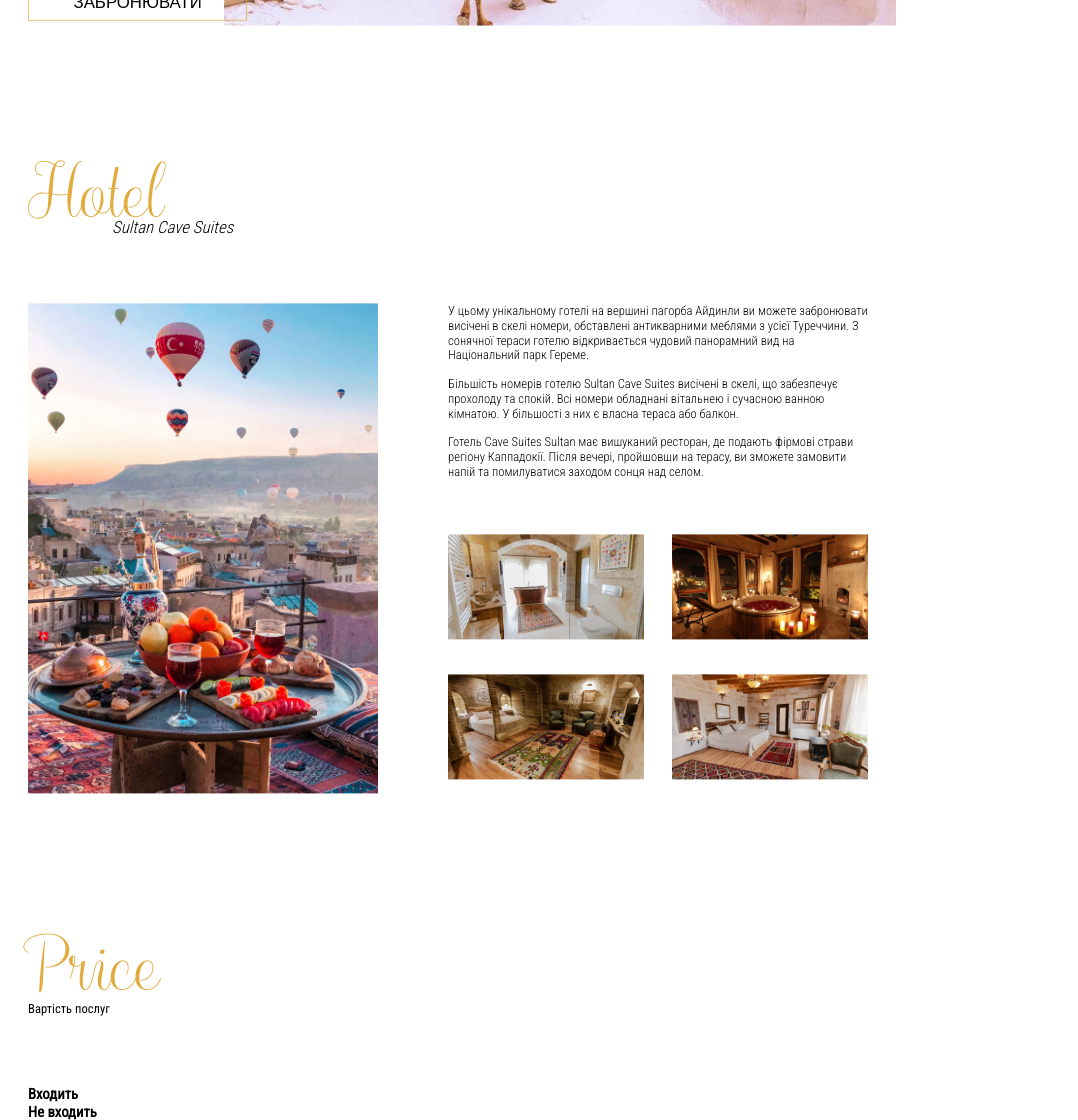
Repository: KYUUBI-K/cappadocia
Page: index.html
The author's editor kept a copy of each file at every save. The page is drawn from the files as they stood at one save, then again after the next save.
The browser window is 1280 px wide. The page is 1540 px wide, so the pictures cover 1540 px, including what lies to the right of the window. The pictures show the part of the page from y = 3099 to 4699 px (the page is 4699 px tall before and 4678 px after), at 70% of full size.

Above is the page before, as saved 2025-08-21 19:11:42.

### index.html
<!DOCTYPE html>
<html lang="en">
  <head>
    <meta charset="UTF-8" />
    <meta name="viewport" content="width=device-width, initial-scale=1.0" />
    <title>Cappadocia</title>
    <link rel="stylesheet" href="./styles.css" />
  </head>
  <body>
    <header class="header">
      <div class="wrapper">
        <nav class="header-menu">
          <ul class="header-menu-list">
            <li class="header-menu-item">
              <a class="header-menu-link" href="#route">Маршрут</a>
            </li>
            <li class="header-menu-item">
              <a class="header-menu-link" href="#hotel">Готель</a>
            </li>
            <li class="header-menu-item">
              <a class="header-menu-link" href="#price">Вартість</a>
            </li>
          </ul>
          <div class="telephone">
            <svg
              class="phone-icon"
              width="30"
              height="30"
              viewBox="0 0 30 30"
              fill="none"
              xmlns="http://www.w3.org/2000/svg"
            >
              <g clip-path="url(#clip0_31_0)">
                <path
                  d="M23.7091 18.5839C23.0949 17.9444 22.3541 17.6025 21.569 17.6025C20.7902 17.6025 20.0431 17.9381 19.4036 18.5776L17.4027 20.5721C17.2381 20.4835 17.0735 20.4011 16.9152 20.3188C16.6873 20.2049 16.472 20.0972 16.2884 19.9832C14.4142 18.7929 12.7109 17.2416 11.0774 15.2345C10.2859 14.2341 9.75404 13.3919 9.36781 12.5372C9.88701 12.0623 10.3682 11.5684 10.8368 11.0935C11.0141 10.9162 11.1913 10.7326 11.3686 10.5553C12.6983 9.22568 12.6983 7.50346 11.3686 6.1738L9.64007 4.44525C9.44379 4.24896 9.24117 4.04635 9.05122 3.84373C8.67132 3.45117 8.27242 3.04594 7.86086 2.66604C7.24669 2.05819 6.51221 1.73528 5.73974 1.73528C4.96727 1.73528 4.22013 2.05819 3.58696 2.66604C3.58063 2.67237 3.58063 2.67237 3.5743 2.6787L1.42152 4.85047C0.61106 5.66093 0.148846 6.64868 0.0475384 7.79472C-0.104423 9.64358 0.440104 11.3658 0.857997 12.4928C1.88373 15.2598 3.41601 17.8241 5.70175 20.5721C8.47504 23.8836 11.8118 26.4986 15.6235 28.3411C17.0798 29.0313 19.0237 29.848 21.1954 29.9873C21.3284 29.9937 21.4677 30 21.5943 30C23.057 30 24.2853 29.4745 25.2477 28.4297C25.2541 28.4171 25.2667 28.4107 25.2731 28.3981C25.6023 27.9992 25.9822 27.6383 26.3811 27.252C26.6534 26.9924 26.932 26.7202 27.2042 26.4353C27.8311 25.7831 28.1603 25.0233 28.1603 24.2445C28.1603 23.4594 27.8247 22.7059 27.1852 22.0727L23.7091 18.5839ZM25.9759 25.2512C25.9695 25.2512 25.9695 25.2576 25.9759 25.2512C25.7289 25.5172 25.4757 25.7578 25.2034 26.0237C24.7918 26.4163 24.374 26.8278 23.9814 27.29C23.3419 27.9739 22.5884 28.2968 21.6007 28.2968C21.5057 28.2968 21.4044 28.2968 21.3094 28.2904C19.4289 28.1701 17.6813 27.4357 16.3707 26.8088C12.7869 25.0739 9.64007 22.6109 7.02508 19.4894C4.86597 16.887 3.42234 14.481 2.46625 11.8977C1.8774 10.3211 1.66212 9.09272 1.7571 7.93401C1.82042 7.19321 2.10534 6.57903 2.63087 6.0535L4.78999 3.89439C5.10024 3.60313 5.42949 3.44484 5.75241 3.44484C6.1513 3.44484 6.47422 3.68544 6.67683 3.88806C6.68317 3.89439 6.6895 3.90072 6.69583 3.90705C7.08206 4.26796 7.4493 4.64153 7.83554 5.04043C8.03182 5.24304 8.23443 5.44565 8.43705 5.6546L10.1656 7.38316C10.8368 8.05432 10.8368 8.67482 10.1656 9.34599C9.98198 9.5296 9.8047 9.71322 9.62108 9.89051C9.08921 10.435 8.58268 10.9416 8.03182 11.4354C8.01916 11.4481 8.00649 11.4544 8.00016 11.4671C7.45563 12.0116 7.55694 12.5435 7.67091 12.9044C7.67724 12.9234 7.68358 12.9424 7.68991 12.9614C8.13946 14.0504 8.77263 15.0762 9.73505 16.2982L9.74138 16.3045C11.4889 18.4573 13.3315 20.1352 15.3639 21.4205C15.6235 21.5852 15.8895 21.7181 16.1427 21.8448C16.3707 21.9587 16.586 22.0664 16.7696 22.1804C16.7949 22.193 16.8202 22.212 16.8456 22.2247C17.0608 22.3323 17.2634 22.383 17.4724 22.383C17.9979 22.383 18.3272 22.0537 18.4348 21.9461L20.6003 19.7806C20.8155 19.5654 21.1574 19.3058 21.5563 19.3058C21.9489 19.3058 22.2718 19.5527 22.4681 19.768C22.4744 19.7743 22.4744 19.7743 22.4808 19.7806L25.9695 23.2694C26.6217 23.9152 26.6217 24.5801 25.9759 25.2512Z"
                  fill="black"
                />
                <path
                  d="M16.2124 7.13621C17.8713 7.41481 19.3782 8.19994 20.5813 9.40296C21.7843 10.606 22.5631 12.1129 22.848 13.7718C22.9176 14.1897 23.2786 14.481 23.6901 14.481C23.7408 14.481 23.7851 14.4747 23.8357 14.4683C24.3043 14.3923 24.6145 13.9491 24.5386 13.4806C24.1966 11.4734 23.2469 9.64357 21.7969 8.19361C20.347 6.74365 18.5171 5.79389 16.51 5.45198C16.0414 5.376 15.6045 5.68625 15.5222 6.14847C15.4399 6.61068 15.7438 7.06023 16.2124 7.13621Z"
                  fill="black"
                />
                <path
                  d="M29.9654 13.2337C29.4019 9.92851 27.8443 6.92095 25.4509 4.52757C23.0575 2.13418 20.05 0.576584 16.7448 0.0130621C16.2826 -0.0692501 15.8457 0.247335 15.7634 0.70955C15.6874 1.1781 15.9977 1.61498 16.4662 1.6973C19.4168 2.1975 22.1078 3.59681 24.2479 5.73059C26.388 7.87071 27.781 10.5617 28.2812 13.5123C28.3508 13.9302 28.7117 14.2214 29.1233 14.2214C29.1739 14.2214 29.2183 14.2151 29.2689 14.2087C29.7311 14.1391 30.0477 13.6959 29.9654 13.2337Z"
                  fill="black"
                />
              </g>
              <defs>
                <clipPath id="clip0_31_0">
                  <rect width="30" height="30" fill="white" />
                </clipPath>
              </defs>
            </svg>
            <div class="number-text">+38(066)555-777-6</div>
          </div>
        </nav>
        <div class="main-title">
          <h1 class="main-title-text">Cappadocia</h1>
          <p class="main-subtitle-text">Ексклюзивний тур</p>
        </div>
      </div>
    </header>

    <section class="about">
      <div class="wrapper">
        <div class="about-title">
          <h2 class="section-title-text">Fairy tail</h2>
          <p class="about-subtitle-text">Казкова країна чудес</p>
        </div>
        <img
          src="./images/Rectangle-about.jpg"
          alt="Hot air balloon"
          class="about-img"
        />
        <div class="about-content">
          <aside class="about-text">
            <!-- prettier-ignore -->
            <p>
            Каппадокія – казкова країна повітряних куль, сирних будиночків,
            різнокольорових долин та чарівних світанків!
            Сюди приїжджають, щоб побачити природні чудеса політати на
            повітряній кулі і, звичайно ж,зробити мільйон красивих фотографій!
          </p>
            <!-- prettier-ignore -->
            <p>
            На учасників туру чекає професійна фотосесія від найкращих
            фотографів Каппадокії!
            Адже саме за чарівними світанками на тлі повітряних куль сюди
            приїжджають люди з усього світу!
          </p>

            <h3>Також Ви побачите:</h3>
            <ul class="about-list">
              <li>Музей на відкритому повітрі у Геремі</li>
              <li>Ущелина Іхлара та монастир Селіме</li>
              <li>Підземні міста</li>
              <li>Фортеця Учхісар</li>
              <li>Зельве та Пашабаг</li>
            </ul>
            <p>та багато інших визначних пам'яток.</p>
            <!-- prettier-ignore -->
            <p>
            Місцева кухня - один із приводів відвідати Каппадокію, тут є ресторани
            на будь-який бюджет.
          </p>
          </aside>
        </div>
      </div>
    </section>

    <section class="route" id="route">
      <div class="wrapper">
        <div class="route-title">
          <h2 class="section-title-text">Our trip</h2>
          <p class="route-subtitle-text">Маршрут</p>
        </div>
        <img
          src="./images/Rectangle-route.png"
          alt="Route map"
          class="route-img"
        />
        <div class="route-content">
          <aside class="route-text">
            <div class="day">
              <h3>День 1</h3>
              <ul>
                <li>Виліт з Києва</li>
                <li>Трансфер до Каппадокії</li>
                <li>Поселення в готель</li>
                <li>Вечірня фотосесія</li>
              </ul>
            </div>

            <div class="day">
              <h3>День 2</h3>
              <ul>
                <li>Фотосесія</li>
                <li>Сніданок у готелі</li>
                <li>Денний тур Каппадокією</li>
                <li>Захід сонця з панорамним видом</li>
              </ul>
            </div>

            <div class="day">
              <h3>День 3</h3>
              <ul>
                <li>Політ на повітряній кулі</li>
                <li>Сніданок у готелі</li>
                <li>Екскурсії на вибір</li>
              </ul>
            </div>

            <div class="day">
              <h3>День 4</h3>
              <ul>
                <li>Вільний час, шопінг</li>
                <li>Трансфер до Анкари</li>
                <li>Виліт до Києва</li>
              </ul>
            </div>
            <button type="button" class="reservation">Забронювати</button>
          </aside>
        </div>
      </div>
    </section>
    <section class="hotel" id="hotel">
      <div class="wrapper">
        <div class="hotel-title">
          <h2 class="section-title-text">Hotel</h2>
          <p class="hotel-subtitle-text">Sultan Cave Suites</p>
        </div>

        <div class="hotel-content">
          <img
            src="./images/Rectangle-hotel.jpg"
            alt="Hot air balloon"
            class="hotel-img"
          />
          <aside class="hotel-side-right">
            <div class="hotel-text">
              <!-- prettier-ignore -->
              <p>
              У цьому унікальному готелі на вершині пагорба Айдинли ви можете забронювати
              висічені в скелі номери, обставлені антикварними меблями з усієї Туреччини. З
              сонячної тераси готелю відкривається чудовий панорамний вид на
              Національний парк Гереме.
            </p>
              <!-- prettier-ignore -->
              <p>
              Більшість номерів готелю Sultan Cave Suites висічені в скелі, що забезпечує
              прохолоду та спокій. Всі номери обладнані вітальнею і сучасною ванною
              кімнатою. У більшості з них є власна тераса або балкон.
            </p>
              <!-- prettier-ignore -->
              <p>
              Готель Cave Suites Sultan має вишуканий ресторан, де подають фірмові страви
              регіону Каппадокії. Після вечері, пройшовши на терасу, ви зможете замовити
              напій та помилуватися заходом сонця над селом.
            </p>
            </div>

            <div class="hotel-images-list">
              <img
                src="./images/Rectangle-hotel1.jpg"
                alt="Hotel room"
                class="hotel-image"
              />
              <img
                src="./images/Rectangle-hotel2.jpg"
                alt="Hotel room"
                class="hotel-image"
              />
              <img
                src="./images/Rectangle-hotel3.jpg"
                alt="Hotel room"
                class="hotel-image"
              />
              <img
                src="./images/Rectangle-hotel4.jpg"
                alt="Hotel room"
                class="hotel-image"
              />
            </div>
          </aside>
        </div>
      </div>
    </section>
    <section class="price" id="price">
      <div class="wrapper">
        <div class="price-title">
          <h2 class="section-title-text">Price</h2>
          <p class="price-subtitle-text">Вартість послуг</p>
        </div>
        <div class="price-content">
          <aside class="price-left">
            <h3>Входить</h3>
          </aside>
          <aside class="price-center">
            <h3>Не входить</h3>
          </aside>
          <aside class="price-right">



          </aside>
        </div>

    </section>
  </body>
</html>

### styles.css
@font-face {
  font-family: "Roboto Condensed";
  src: url("./fonts/RobotoCondensed-Light.woff2") format("woff2");
  font-weight: 300;
  font-style: normal;
  font-display: swap;
}

@font-face {
  font-family: "Roboto Condensed";
  src: url("./fonts/RobotoCondensed-Regular.woff2") format("woff2");
  font-weight: 400;
  font-style: normal;
  font-display: swap;
}

@font-face {
  font-family: "Balqis";
  src: url("./fonts/Balqis.woff2") format("woff2");
  font-weight: 400;
  font-style: normal;
  font-display: swap;
}

html {
  box-sizing: border-box;
}
*,
*::before,
*::after {
  box-sizing: inherit;
  margin: 0;
  padding: 0;
}

:root {
  --color-dark: #000000;
  --color-light: #ffffff;
  --color-gray: #e5e5e5;
  --color-orange: #e2ab3f;

  --border: 1px solid var(--color-orange);

  --font-family-base: "Roboto Condensed", sans-serif;
  --font-family-accent: "Balqis", sans-serif;

  --input-height: 50px;
}

li {
  list-style: none;
}

body {
  /* word-wrap: break-word; */
  font-size: 18px;
  font-family: var(--font-family-base);
  background-color: var(--color-light);
  color: var(--color-dark);
}

.header {
  min-height: 100svh;
  background: url("./images/Rectangle.jpg") no-repeat center center;
  background-size: cover;
  background-position: center;
  margin-bottom: 200px;
}
.wrapper {
  margin: 0 auto;
  height: 100%;
  max-width: 1200px;
}

.header-menu {
  display: flex;
  justify-content: space-between;
  align-items: center;
  font-family: var(--font-family-base);
  font-size: 24px;
  font-weight: 400;
  padding-top: 72px;
}
.header-menu-list {
  display: flex;
  column-gap: 45px;
}
.header-menu-link {
  text-decoration: none;
  color: inherit;
}
.telephone {
  display: flex;
  align-items: center;
  column-gap: 10px;
}

.main-title {
  margin-top: 152px;
  text-align: center;
}

.main-title-text {
  font-family: var(--font-family-accent);
  font-size: 250px;
  font-weight: 400;
  line-height: 1;
}

.main-subtitle-text {
  font-family: var(--font-family-base);
  color: var(--color-dark);
  font-weight: 300;
  font-size: 56px;
  line-height: 0;
  font-style: italic;
  transform: translateX(25%);
}

.about {
  margin-bottom: 200px;
  position: relative;
}

.about-title {
  margin-bottom: 100px;
}

.section-title-text {
  font-family: var(--font-family-accent);
  font-weight: 400;
  line-height: 1;
  font-size: 96px;
  color: var(--color-orange);
}

.about-subtitle-text {
  font-family: var(--font-family-base);
  font-weight: 300;
  font-size: 24px;
  font-style: italic;
  line-height: 0;
  transform: translateX(15%);
}

.about-content {
  display: flex;
  justify-content: flex-end;
}

.about-img {
  position: absolute;
  left: 0;
  width: 960px;
  height: 700px;
  object-fit: cover;
  object-position: center;
}
.about-text p {
  font-family: var(--font-family-base);
  font-weight: 300;
  font-size: 18px;
  white-space: pre-line;
  padding-bottom: 50px;
}
.about-list {
  padding-bottom: 50px;
  font-family: var(--font-family-base);
  font-weight: 300;
}

.about-text h3 {
  padding-bottom: 50px;
}

.route {
  position: relative;
  margin-bottom: 200px;
}
.route-title {
  margin-bottom: 108px;
}

.route-subtitle-text {
  transform: translateX(20%);
  font-family: var(--font-family-base);
  font-weight: 300;
  font-size: 24px;
  font-style: italic;
  line-height: 0;
}
.route-content {
  position: relative;
  font-family: var(--font-family-base);
}
.day {
  max-width: 295px;
  margin-bottom: 50px;
}
.route-text {
  font-size: 24px;
  font-weight: 300;
  margin-bottom: 50px;
}
.day h3 {
  margin-bottom: 20px;
}

.reservation {
  border: var(--border);
  text-transform: uppercase;
  font-size: 24px;
  padding: 11px 64px;
  background: none;
}

.route-img {
  position: absolute;
  top: 0;
  right: 0;
  width: 960px;
  height: 1095px;
  object-fit: cover;
  object-position: center;
}

.hotel {
  margin-bottom: 200px;
  position: relative;
}
.hotel-title {
  margin-bottom: 108px;
}
.hotel-subtitle-text {
  transform: translateX(10%);
  font-family: var(--font-family-base);
  font-weight: 300;
  font-size: 24px;
  font-style: italic;
  line-height: 0;
}
.hotel-content {
  display: flex;
  justify-content: space-between;
  column-gap: 100px;
}

.hotel-text {
  margin-bottom: 80px;
}
.hotel-text p {
  margin-bottom: 20px;
  /* white-space: pre-line;  */
  font-family: var(--font-family-base);
  font-size: 18px;
  font-weight: 300;
}
.hotel-img {
  width: 500px;
  height: 700px;
  object-fit: cover;
  object-position: center;
}

.hotel-images-list {
  display: flex;
  flex-wrap: wrap;
  justify-content: space-between;
  row-gap: 50px;
}
.hotel-image {
  width: 280px;
  height: 150px;
  object-fit: cover;
  object-position: center;
}

.price-title {
  margin-bottom: 100px;
}
@media (max-width: 1040px) {
  .main-title-text {
    font-size: 150px;
  }
  .main-subtitle-text {
    font-size: 46px;
  }
}

@media (max-width: 830px) {
  .header-menu {
    padding-top: 40px;
  }

  .header-menu-list {
    column-gap: 35px;
  }
  .main-title-text {
    font-size: 150px;
  }
  .main-subtitle-text {
    font-size: 36px;
  }
}

@media (max-width: 630px) {
  .header-menu {
    font-size: 18px;
  }
  .header-menu-list {
    column-gap: 20px;
  }
  .telephone {
    column-gap: 5px;
  }
  .phone-icon {
    width: 18px;
    height: 18px;
  }
  .main-title-text {
    font-size: 100px;
  }
  .main-subtitle-text {
    font-size: 26px;
  }
}

@media (max-width: 450px) {
  .header-menu {
    font-size: 15px;
  }
  .header-menu-list {
    column-gap: 15px;
  }
  .telephone {
    column-gap: 3px;
  }
  .phone-icon {
    width: 15px;
    height: 15px;
  }
  .main-title-text {
    font-size: 50px;
  }
  .main-subtitle-text {
    font-size: 15px;
  }
}

After the next save:
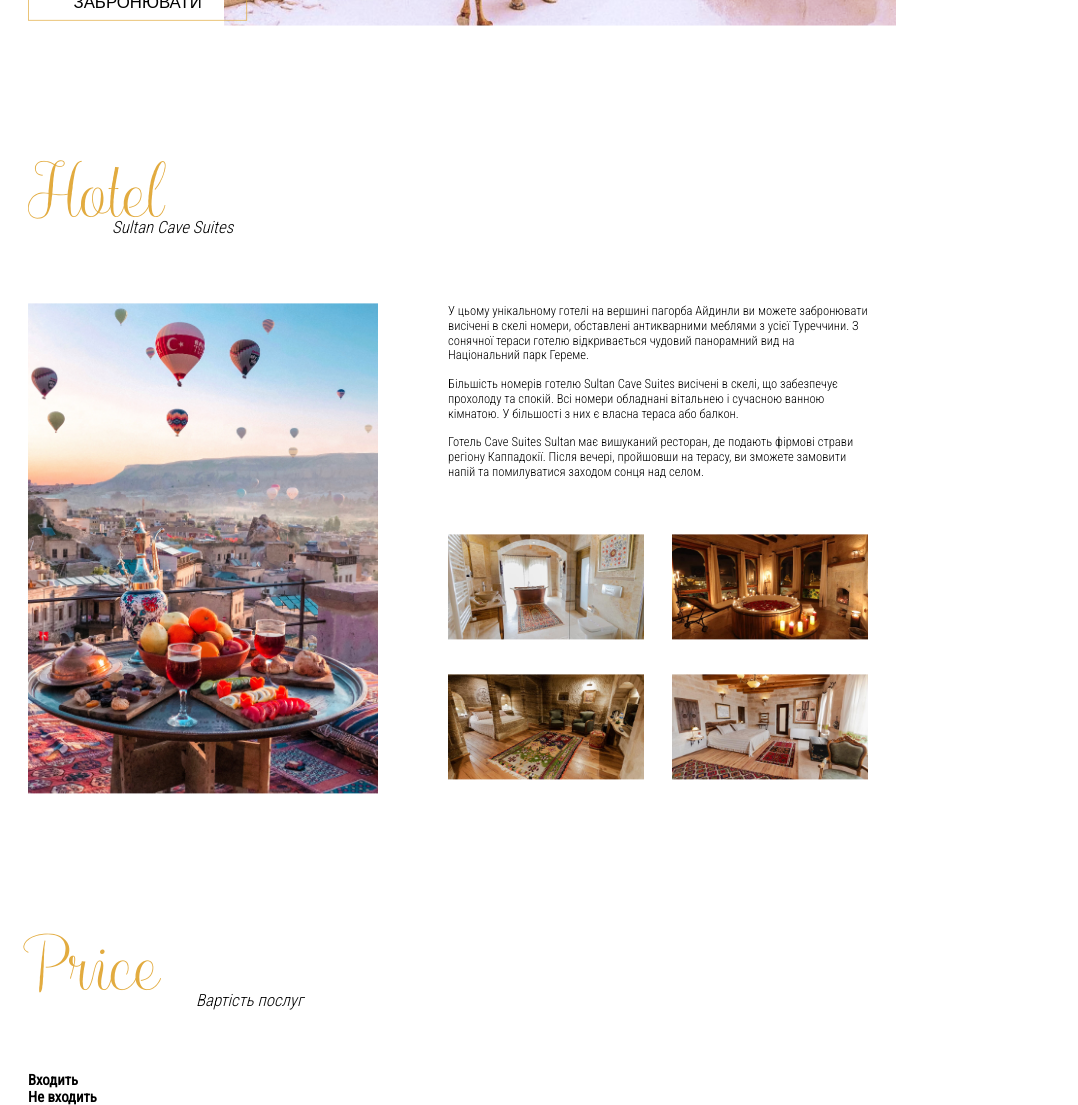
Saved 17 s later.
--- a/styles.css
+++ b/styles.css
@@ -278,6 +278,16 @@ body {
 .price-title {
   margin-bottom: 100px;
 }
+
+.price-subtitle-text {
+  transform: translateX(20%);
+  font-family: var(--font-family-base);
+  font-weight: 300;
+  font-size: 24px;
+  font-style: italic;
+  line-height: 0;
+}
+
 @media (max-width: 1040px) {
   .main-title-text {
     font-size: 150px;
